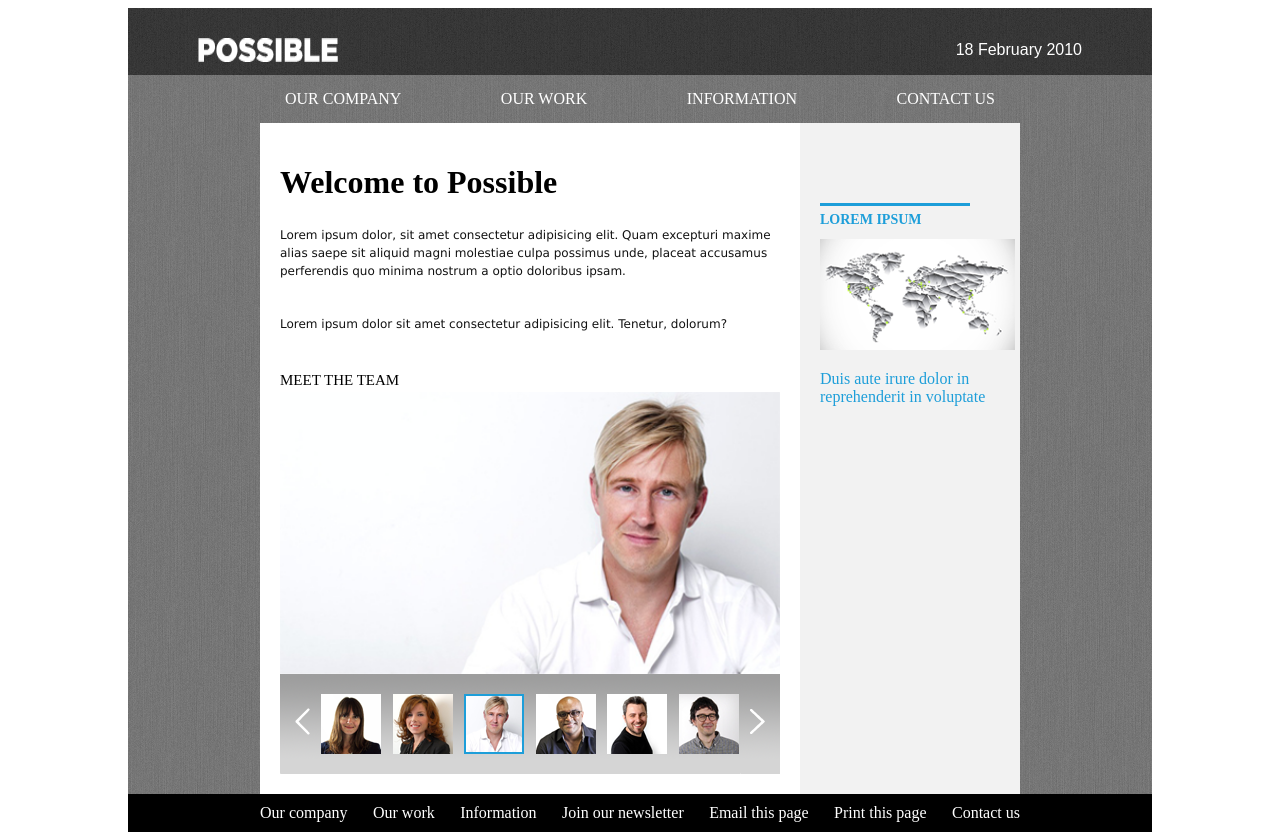
Repository: grzegorzgebala/possible-site
Page: index.html
An editor plug-in stored every save of this project. The page is shown before and after the next save, followed by the edit.
The browser window is 1280 px wide. The pictures show the whole page.
The style sheet was rebuilt from its Sass, Less or Tailwind sources for each picture, by a compiler version that may differ from the author's.

Above is the page before, as saved 2020-02-15 23:40:51.

### index.html
<!DOCTYPE html>
<html>
	<head>
		<meta charset="utf-8">
		<link rel="stylesheet" type="text/css" href="css/style.css">
		<title>Possible page</title>
	</head>
	<body>
        <div class="container">
            <header>
                <img src="images/logo.png" alt="possible logo">
                <div class="date">18 February 2010</div>
            </header>
            <nav class="menu">
                <ul>
                    <li>our company</li>
                    <li>our work</li>
                    <li>information</li>
                    <li>contact us</li>
                </ul>
            </nav>
            <div class="mainSite">
                <div class="leftSide">
                    <h1>Welcome to Possible</h1>
                    <article>Lorem ipsum dolor, sit amet consectetur adipisicing elit. Quam excepturi maxime alias saepe sit aliquid magni molestiae culpa possimus unde, placeat accusamus perferendis quo minima nostrum a optio doloribus ipsam.</article>
                    <article>Lorem ipsum dolor sit amet consectetur adipisicing elit. Tenetur, dolorum?</article>
                    <div class="meetTitle">Meet the team</div>
                    <div class="carousel">
                        <img src="/images/employees/picture1.png" alt="possible logo">
                        <div class="miniatures">
                            <div>
                                <img src="/images/icons/leftArrow.png" alt="leftArrow">
                            </div>
                            <img src="/images/employees/min1.png" alt="person1">
                            <img src="/images/employees/min2.png" alt="person2">
                            <img src="/images/employees/min3.png" alt="person3">
                            <img src="/images/employees/min4.png" alt="person4">
                            <img src="/images/employees/min5.png" alt="person5">
                            <img src="/images/employees/min6.png" alt="person6">
                            <div>
                                <img src="/images/icons/rightArrow.png" alt="rightArrow">
                            </div>
                            <!-- <img src="/images/employees/min7.png" alt="person7">
                            <img src="/images/employees/min8.png" alt="person8">
                            <img src="/images/employees/min9.png" alt="person9">
                            <img src="/images/employees/min10.png" alt="person10"> -->
                        </div>
                    </div>
                </div>
                <div class="rightSide">
                    <div class="rightTitle">lorem ipsum</div>
                    <img src="/images/map.png" alt="map">
                    <p>Duis aute irure dolor  in reprehenderit in voluptate</p>
                </div>
            </div>
            <footer>
                <ul>
                    <li>our company</li>
                    <li>our work</li>
                    <li>information</li>
                    <li>join our newsletter</li>
                    <li>email this page</li>
                    <li>print this page</li>
                    <li>contact us</li>
                </ul>
            </footer>
        </div>
	</body>
</html>

### sass/style.scss
// variables
$menuElementsColor: #ffffff;
$contentElementsColor: #000000;
$footerBackgroundColor: #000000;
$menuHooverColor: #000000;
$activeMenuColor: #1d9ed9;
$sideMenuColor: #1d9ed9;
$fontMenu: "Proxima Nova";
$leftSideBackgroundColor: #ffffff;
$rightSideBackgroundColor: #f2f2f2;
$contentHeaderFont: "Proxima Nova";
$contentDescriptionFont: "Verdana";
$contentColor: #121212;

// page style
.container {
    max-width: 1024px;
    margin: 0 auto;
    background-image: url("/images/mainBackground.png");
}

// header style
header {
    background-image: url("/images/backgroundHeader.png");
    display: flex;
    justify-content: space-between;
    padding: 30px 70px 13px 70px;

    .date {
        color: $menuElementsColor;
        // font-size: 12px;
        line-height: 24px;
        font-family: "Arial";
        // font-weight: bold;
    }
}

// menu
.menu ul {
    max-width: 760px;
    margin: 5px auto;
    display: flex;
    justify-content: space-between;
    list-style-type: none;
    color: $menuElementsColor;
    text-transform: uppercase;
    padding: 0;

    :hover {
        background-color: $menuHooverColor;
        color: $activeMenuColor;
        cursor: pointer;
    }

    li {
        padding: 10px 25px;
    }
}

// main content
.mainSite {
    max-width: 760px;
    margin: 0 auto;
    display: flex;
    justify-content: center;
    flex-direction: row;

    .leftSide {
        width: 100%;
        background-color: $leftSideBackgroundColor;
        padding: 20px;

        h1 {
            font-family: $contentHeaderFont;
        }

        article {
            font-family: $contentDescriptionFont;
            font-size: 12px;
            line-height: 18px;
            color: $contentColor;
            margin-top: 25px;
            margin-bottom: 35px;
        }
        .meetTitle {
            font-size: 15px;
            line-height: 24px;
            text-transform: uppercase;
            color: $contentElementsColor;
            font-family: $contentHeaderFont;
        }
        .carousel {
            display: flex;
            flex-direction: column;

            .miniatures {
                overflow: hidden;
                background-image: url("/images/carouseleBackground.png");
                display: flex;
                justify-content: space-between;
                align-items: center;
                padding: 20px 15px;
            }
        }
    }


    .rightSide {
        background-color: $rightSideBackgroundColor;
        width: 40%;
        padding-left: 20px;

        .rightTitle {
            text-transform: uppercase;
            color: $sideMenuColor;
            font-weight: bold;
            font-size: 14px;
            line-height: 18px;
            border-top: 3px solid $sideMenuColor;
            width: 150px;
            margin-top: 80px;
            margin-bottom: 10px;
            padding-top: 5px;
        }

        p {
            color: $sideMenuColor;
        }
    }

}

// footer
footer {
    background: $footerBackgroundColor;
}

footer ul {
    display: flex;
    justify-content: space-between;
    max-width: 760px;
    margin: 0 auto;
    list-style-type: none;
    color: $menuElementsColor;
    background: $footerBackgroundColor;
    padding: 10px;

    :hover {
        color: $activeMenuColor;
        cursor: pointer;
    }

    li::first-letter {
        text-transform: uppercase;
    }
}

After the next save:
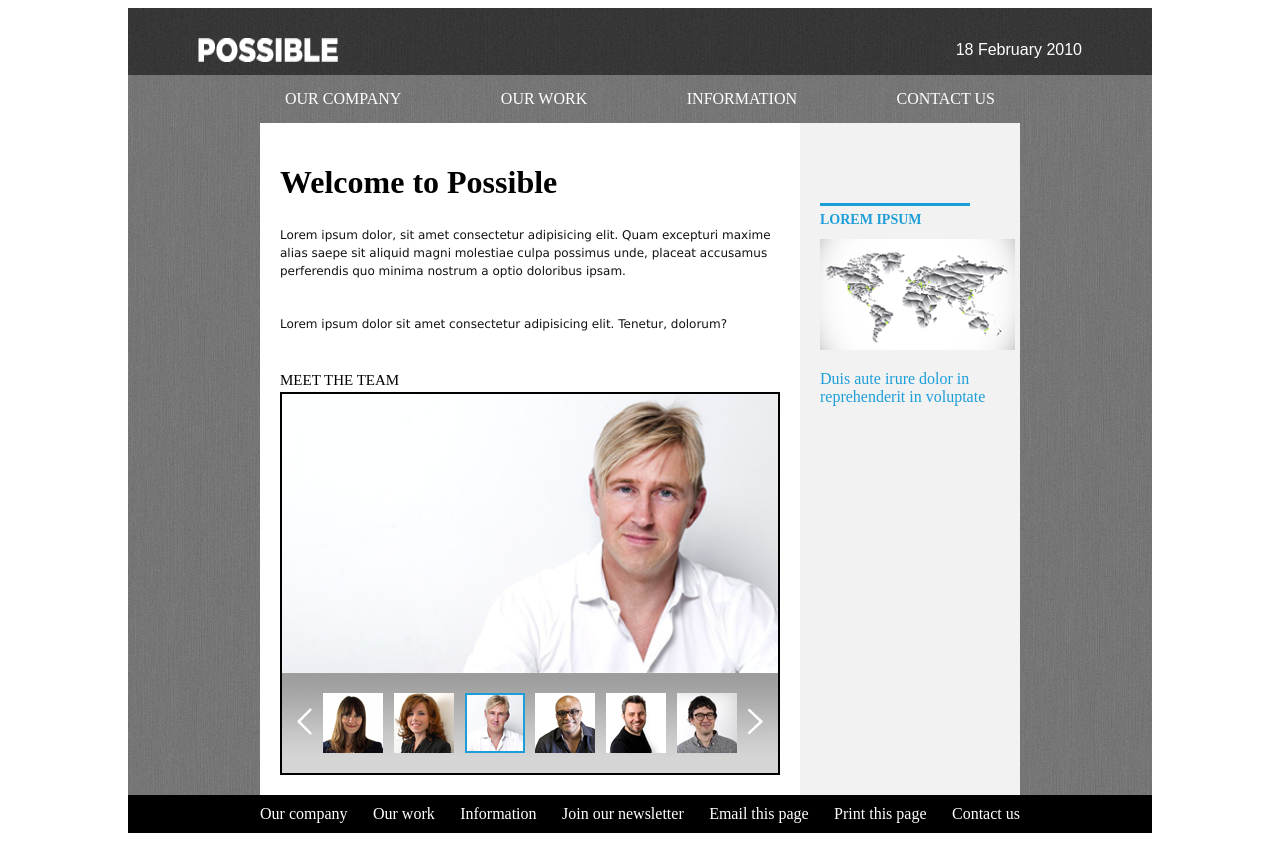
Saved 48 s later.
--- a/sass/style.scss
+++ b/sass/style.scss
@@ -92,7 +92,7 @@ header {
         .carousel {
             display: flex;
             flex-direction: column;
-
+            border: 2px solid black;
             .miniatures {
                 overflow: hidden;
                 background-image: url("/images/carouseleBackground.png");
